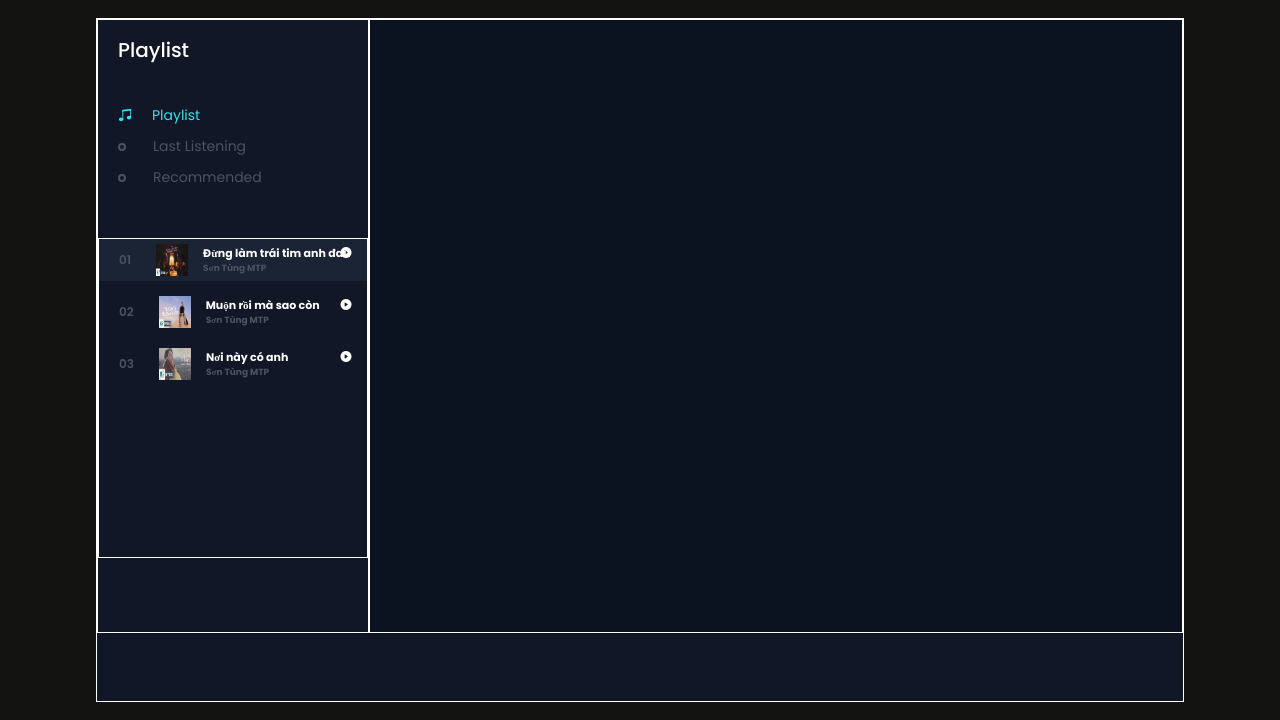
Repository: reminzuetto/Music-Website
Page: index.html
The author's editor kept a copy of each file at every save. The page is drawn from the files as they stood at one save, then again after the next save.
The browser window is 1280 px wide. The pictures show the whole page.
The pointer rests on the first visible `header .menu_side .menu_song li`.

Above is the page before, as saved 2024-06-10 23:10:28.

### index.html
<!DOCTYPE html>
<html lang="en">
  <head>
    <meta charset="UTF-8" />
    <meta name="viewport" content="width=device-width, initial-scale=1.0" />
    <link rel="stylesheet" href="./style.css" />
    <link
      rel="stylesheet"
      href="https://cdn.jsdelivr.net/npm/bootstrap-icons@1.11.3/font/bootstrap-icons.min.css"
    />
    <title>Music Website</title>
  </head>
  <body>
    <header>
      <div class="menu_side">
        <h1>Playlist</h1>
        <div class="playlist">
          <h4 class="active">
            <span></span><i class="bi bi-music-note-beamed"></i>Playlist
          </h4>
          <h4>
            <span></span><i class="bi bi-music-note-beamed"></i>Last Listening
          </h4>
          <h4>
            <span></span><i class="bi bi-music-note-beamed"></i>Recommended
          </h4>
        </div>
        <div class="menu_song">
          <li class="songItem">
            <span>01</span>
            <img
              src="./MusicThumbnail/DungLamTraiTimAnhDau.jpg"
              alt="DungLamTraiTimAnhDau"
            />
            <h5 class="subtitle">
              Đừng làm trái tim anh đau
              <div class="subtitle">Sơn Tùng MTP</div>
              <i class="bi bi-play-circle-fill"></i>
            </h5>
          </li>
          <li class="songItem">
            <span>02</span>
            <img
              src="./MusicThumbnail/MuonRoiMaSaoCon.jpg"
              alt="MuonRoiMaSaoCon"
            />
            <h5 class="subtitle">
              Muộn rồi mà sao còn
              <div class="subtitle">Sơn Tùng MTP</div>
              <i class="bi bi-play-circle-fill"></i>
            </h5>
          </li>
          <li class="songItem">
            <span>03</span>
            <img src="./MusicThumbnail/NoiNayCoAnh.jpg" alt="NoiNayCoAnh" />
            <h5 class="subtitle">
              Nơi này có anh
              <div class="subtitle">Sơn Tùng MTP</div>
              <i class="bi bi-play-circle-fill"></i>
            </h5>
          </li>
        </div>
      </div>
      <div class="song_side"></div>
      <div class="master_play"></div>
    </header>
    <script src="./main.js"></script>
  </body>
</html>

### style.css
@import url("https://fonts.googleapis.com/css2?family=Poppins:ital,wght@0,100;0,200;0,300;0,400;0,500;0,600;0,700;0,800;0,900;1,100;1,200;1,300;1,400;1,500;1,600;1,700;1,800;1,900&display=swap");
* {
  padding: 0%;
  margin: 0%;
  box-sizing: border-box;
}

body {
  width: 100%;
  height: 100vh;
  background-color: #131312;
  font-family: "Poppins", "sans-serif";
  display: flex;
  align-items: center;
  justify-content: center;
}

header {
  width: 85%;
  height: 95%;
  border: 1px solid #fff;
  display: flex;
  flex-wrap: wrap;
  overflow: hidden;
}

header .menu_side,
.song_side {
  position: relative;
  width: 25%;
  height: 90%;
  border: 1px solid #fff;
  background-color: #111727;
  box-shadow: 5px 0px 2px #090f1f;
  color: #fff;
}

header .song_side {
  width: 75%;
  background: #0b1320;
}

header .master_play {
  width: 100%;
  height: 10%;
  background: #111727;
  box-shadow: 0px 3px 8px #090f1f;
}

header .menu_side h1 {
  font-size: 20px;
  margin: 15px 0px 0px 20px;
  font-weight: 500;
}

header .menu_side .playlist {
  margin: 40px 0px 0px 20px;
}
header .menu_side .playlist h4 {
  font-size: 14px;
  font-weight: 400;
  padding-bottom: 10px;
  color: #4c5262;
  cursor: pointer;
  display: flex;
  align-items: center;
  transition: 0.3 linear;
}

header .menu_side .playlist h4:hover {
  color: #fff;
}
header .menu_side .playlist h4 span {
  position: relative;
  margin-right: 35px;
}
header .menu_side .playlist h4 span::before {
  content: "";
  position: absolute;
  width: 4px;
  height: 4px;
  border: 2px solid #4c5262;
  border-radius: 50%;
  top: -4px;
  transition: 0.3s linear;
}

header .menu_side .playlist h4:hover span::before:hover {
  border: 2px solid #fff;
}

header .menu_side .playlist h4 .bi {
  display: none;
}

header .menu_side .playlist .active {
  color: #36e2ec;
}

header .menu_side .playlist .active span {
  display: none;
}

header .menu_side .playlist .active .bi {
  display: block;
  margin-right: 20px;
}

header .menu_side .menu_song {
  width: 100%;
  height: 320px;
  border: 1px solid #fff;
  margin-top: 40px;
}
header .menu_side .menu_song li {
  position: relative;
  list-style: none;
  padding: 5px 0px 5px 20px;
  margin-bottom: 10px;
  cursor: pointer;
  transition: 0.3s linear;
  display: flex;
  align-items: center;
}
header .menu_side .menu_song li:hover {
  background: #1a2434;
}
header .menu_side .menu_song li span {
  font-size: 12px;
  font-weight: 600;
  color: #4c5262;
}
header .menu_side .menu_song li img {
  width: 32px;
  height: 32px;
  margin-left: 25px;
}

header .menu_side .menu_song li h5 {
  font-size: 11px;
  margin-left: 15px;
}

header .menu_side .menu_song li h5 .subtitle {
  font-size: 9px;
  color: #4c5262;
}

header .menu_side .menu_song li .bi {
  position: absolute;
  right: 15px;
  top: 6px;
}

Loaded but not shown: main.js (no copy from this time; the picture is the same without it)

After the next save:
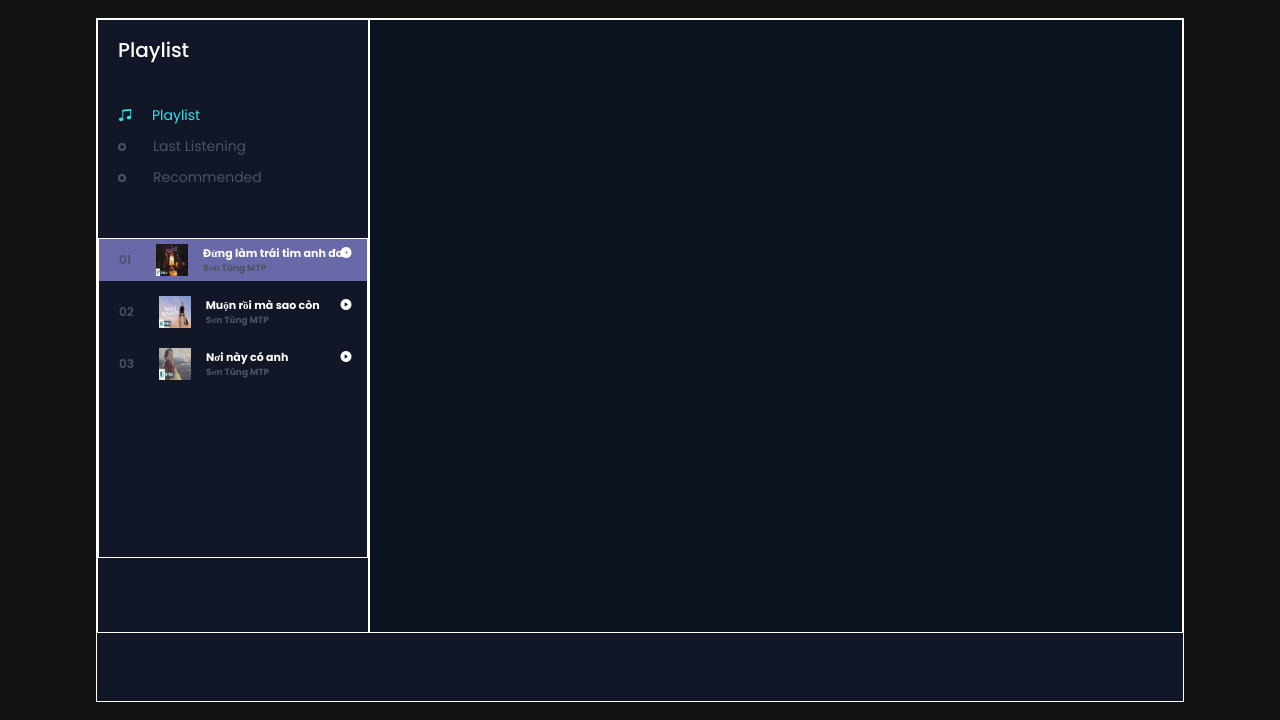
Saved 14 s later.
--- a/style.css
+++ b/style.css
@@ -123,7 +123,7 @@ header .menu_side .menu_song li {
   align-items: center;
 }
 header .menu_side .menu_song li:hover {
-  background: #1a2434;
+  background: rgb(105, 105, 170);
 }
 header .menu_side .menu_song li span {
   font-size: 12px;
